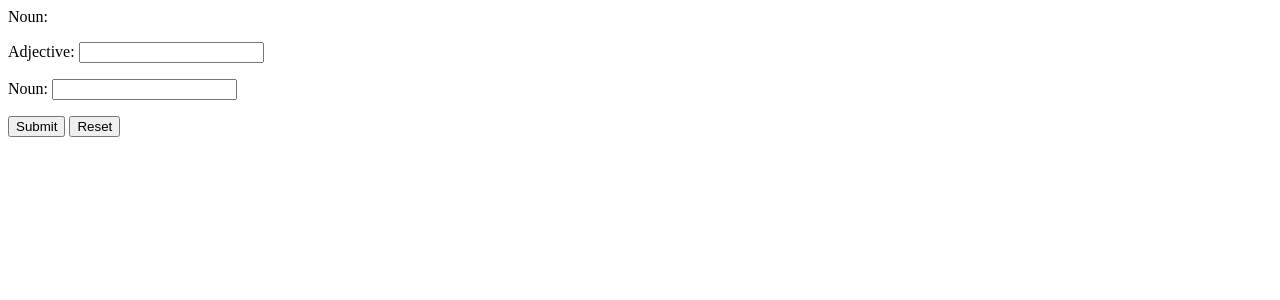
Repository: sax1johno/CIS-67_web_development_node
Page: http://localhost/
The author's editor kept a record of every edit. The page is drawn from the files as they stood at one moment, then again after the next edit.
The browser window is 1280 px wide. The pictures show the whole page.
The page is served by the project's Node server (Lecture 3.18/MadLib/MadLib.js).

Above is the page before.

After the next edit:
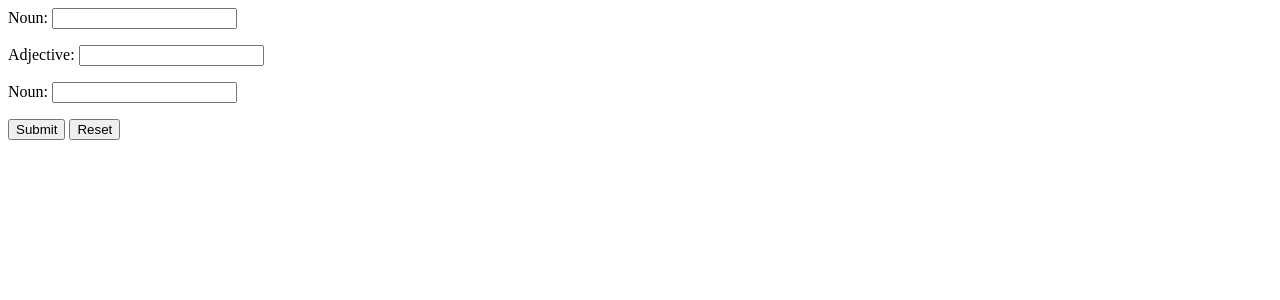
The edit:
--- a/Lecture 3.18/MadLib/views/form.ejs
+++ b/Lecture 3.18/MadLib/views/form.ejs
@@ -6,8 +6,7 @@
         <form action="/story" method="post">
             <p>
                 <label for="noun1">Noun:</label>
-                <!--<input type="text" name="noun1" />-->
-
+                <input type="text" name="noun1" />
             </p>
             <p>
                 <label for="adjective1">Adjective:</label>
